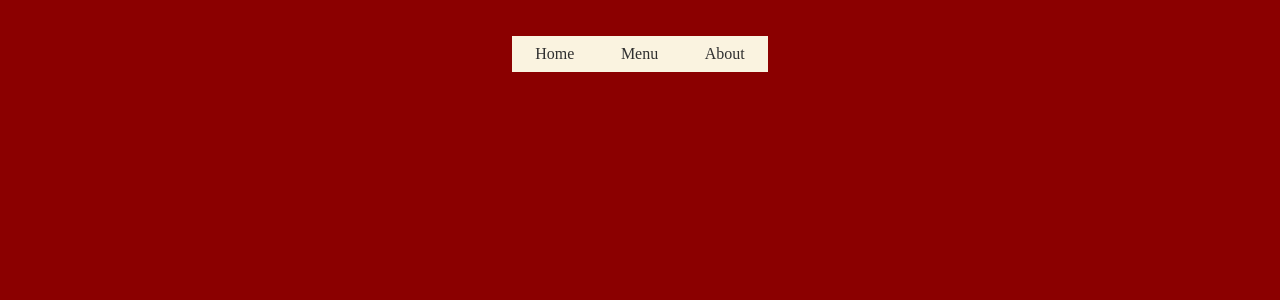
Repository: Dimitris2031/Restaurant-Front-page
Page: / (app in webpack-practice/)
These files come from the project's save history. The page is drawn as it stood at one moment and after a run of saves; the edit follows.
The browser window is 1280 px wide. The pictures show the whole page.
The project was rebuilt for these pictures with package versions that can differ from the ones it lists, and the page was loaded fresh each time. Also part of the build but not shown: webpack-practice/webpack.config.js.

Above is the page before, as saved 2025-09-10 10:34:30.

### webpack-practice/src/template.html
<!DOCTYPE html>
<html lang="en">
<head>
  <meta charset="UTF-8">
  <title>Webpack Practice</title>
</head>
<body>
  <header>
    <div class="nav-container">
        <nav>Home</nav>
        <nav>Menu</nav>
        <nav>About</nav>
    </div>
  </header>
  <div id="content"></div>
</body>
</html>

### webpack-practice/src/index.js
// src/index.js
import "./styles.css";
// import odinImage from "./odin.png";
import { greeting } from "./greeting.js";
const image = document.createElement("img");
// image.src = odinImage;

// document.body.appendChild(image);

console.log(greeting);

### webpack-practice/src/styles.css
*{
  margin: 0;
  padding: 0;

}

/* styles.css */
body {
  background-color: #8B0000;
}

header{
  display:flex;
  justify-content:center;
  align-items:end;
  gap: 5%;
  height: 10vh;
}

.nav-container{
  display:flex;
  justify-content:space-around;
  align-items:center;
  width: 20%;
  height: 50%;
  background-color: #FAF3E0;
}

nav{
  color: #2F2F2F;
}

### webpack-practice/src/greeting.js
// greeting.js
console.log("greeting.js is loaded");

After the next 2 saves:
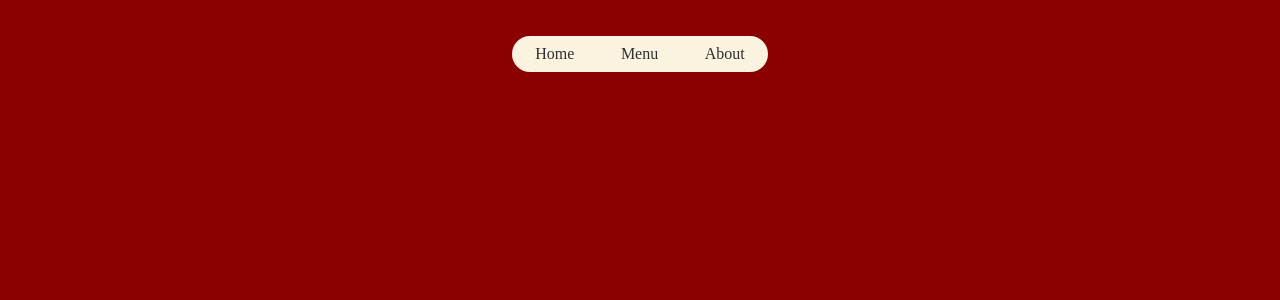
The 2 saves are shown as one change because they came seconds apart.
The last was saved 10 s later.
--- a/webpack-practice/src/styles.css
+++ b/webpack-practice/src/styles.css
@@ -24,6 +24,7 @@ header{
   width: 20%;
   height: 50%;
   background-color: #FAF3E0;
+  border-radius: 20px;
 }
 
 nav{
